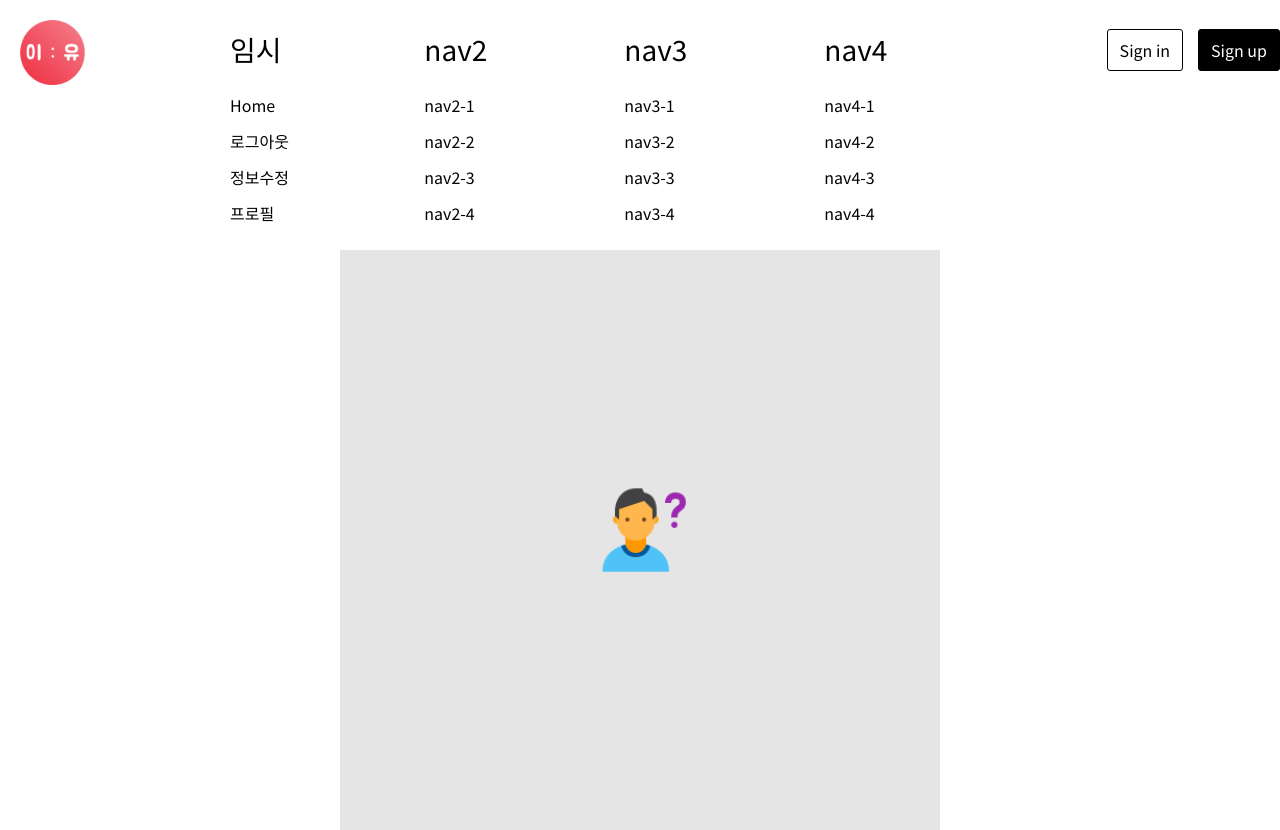
Repository: ryuwc/E_U
Page: /feeling (app in final-pjt-front/)
These files come from the project's save history. The page is drawn as it stood at one moment and after the next save; the edit follows.
The browser window is 1280 px wide. The pictures show the whole page.
The page's requests for data from a server got no answer. Some web libraries are served in a nearby version. The project was rebuilt for these pictures with package versions that can differ from the ones it lists, and the page was loaded fresh each time. No one was signed in, and anything a server would have sent is missing. Also part of the build but not shown: final-pjt-front/vue.config.js.

Above is the page before, as saved 2022-11-23 12:44:41.

After the next save:
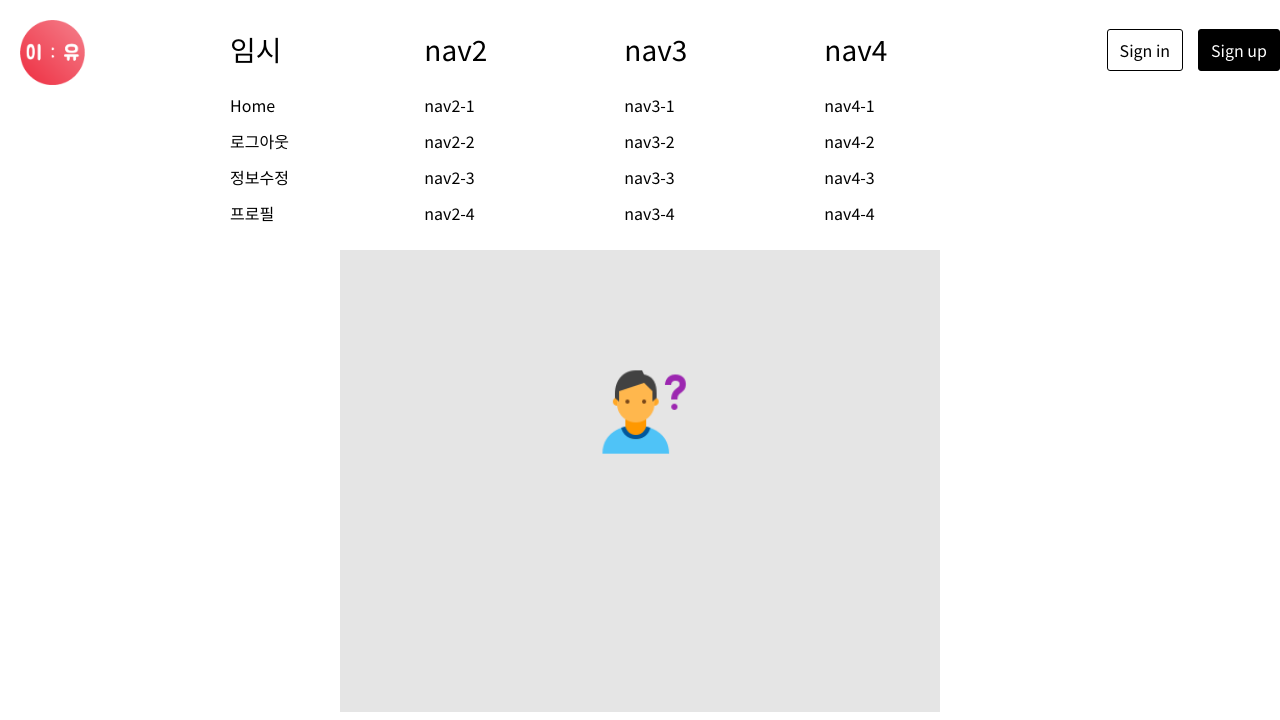
Saved 18 s later.
--- a/final-pjt-front/src/views/movies/FeelingMovieView.vue
+++ b/final-pjt-front/src/views/movies/FeelingMovieView.vue
@@ -61,7 +61,8 @@ export default {
   align-items: center;
   margin-left: auto;
   margin-right: auto;
-  margin-top: 230px;
+  margin-top: auto;
+  margin-bottom: auto;
 }
 
 .menu .toggle {
